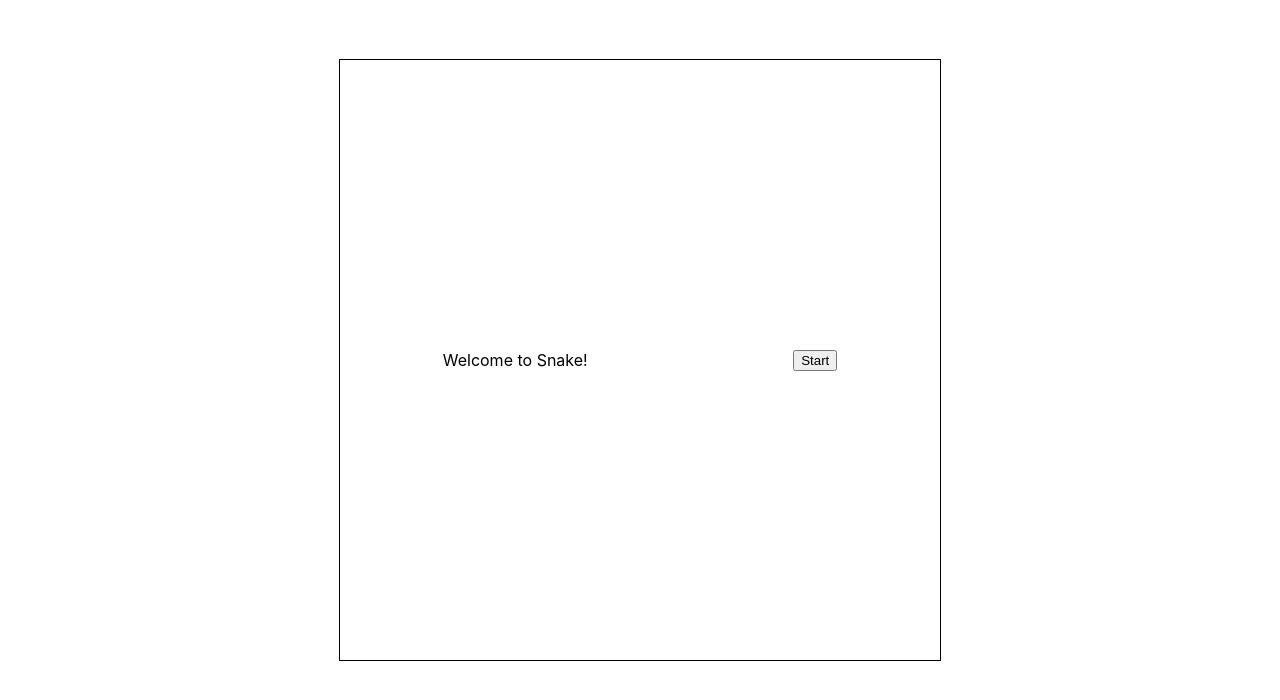
Repository: meills/react-snake
Page: /
These files come from the project's save history. The page is drawn as it stood at one moment and after the next save; the edit follows.
The browser window is 1280 px wide. The pictures show the whole page.
The project was rebuilt for these pictures with package versions that can differ from the ones it lists, and the page was loaded fresh each time. Also part of the build but not shown: src/components/Snakeboard.js, src/styles/App.css.

Above is the page before, as saved 2020-06-15 13:25:25.

### src/App.js
import React from 'react';
import Snakeboard from './components/Snakeboard.js';
import Welcome from './components/Welcome.js';
import GameOver from './components/Welcome.js';
import './styles/App.css';
import './styles/snakeboard.css';

const GRID_SIZE = 30;
const TICK_TIME = 100;

class App extends React.Component {
  state = {
    rows: GRID_SIZE,
    cols: GRID_SIZE,
    grid: [],
    food: {},
    snake: {
        head: {},
        tail: [],
    },
    currDir: 'left',
    tickTime: TICK_TIME,
    gameStart: false,
    gameOver: false,
  }


  render() {

    if (this.state.gameStart) {
      return (<div className="snake-container">
                <Snakeboard />
              </div>);
    }

    if (!this.state.gameStart) {
      return (<div className="snake-container">
                <Welcome />
              </div>);
    }

    if (this.state.gameOver) {

    }


  }

}

export default App;

### src/components/Welcome.js
import React from 'react';
import WelcomeMessage from './WelcomeMessage.js'
import StartButton from './StartButton.js'

function Welcome() {
    return(<div className='grid'>
                <WelcomeMessage />
                <StartButton />
           </div>);
}

export default Welcome;

### src/styles/snakeboard.css
.snake-container {
    width: 100vw;
    height: 100vh;
    display: flex;
    align-items: center;
    justify-content: center;
}

.welcome {
    outline: 1px solid black;
    width: 600px;
    height: 600px;
}

.welcome-message {
    margin: auto;
}

.start-btn {
    margin: auto;
}

.grid {
    outline: 1px solid black;
    width: 600px;
    height: 600px;
    margin: auto;
    display: flex;
    position: absolute;
    flex-direction: row;
    flex-wrap: wrap;
}

.grid-item {
    width: 20px;
    height: 20px;
}

.is-food {
    background-color: red;
}


.snake-head {
    background-color: black;
}

.snake-tail {
    background-color: black;
}

### src/components/WelcomeMessage.js
import React from 'react';

function WelcomeMessage() {
    return(<div className='welcome-message'> Welcome to Snake!
           </div>);
}

export default WelcomeMessage;

### src/components/StartButton.js
import React from 'react';

function StartButton() {
    return(<div className='start-btn'><button type='button'>Start</button></div>);
}

export default StartButton;

Loaded but not shown: public/index.html (common file); src/index.js (common file); src/styles/index.css (common file); src/serviceWorker.js (common file)

After the next save:
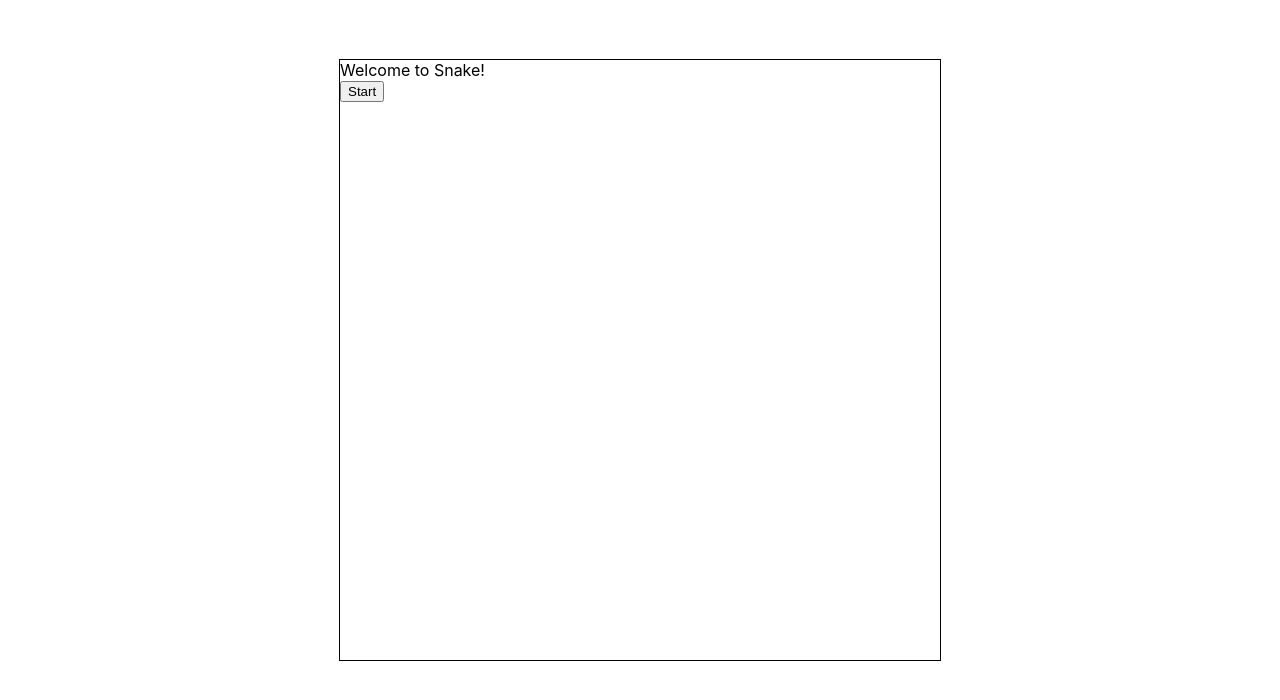
Saved 9 s later.
--- a/src/components/Welcome.js
+++ b/src/components/Welcome.js
@@ -3,7 +3,7 @@ import WelcomeMessage from './WelcomeMessage.js'
 import StartButton from './StartButton.js'
 
 function Welcome() {
-    return(<div className='grid'>
+    return(<div className='welcome'>
                 <WelcomeMessage />
                 <StartButton />
            </div>);
